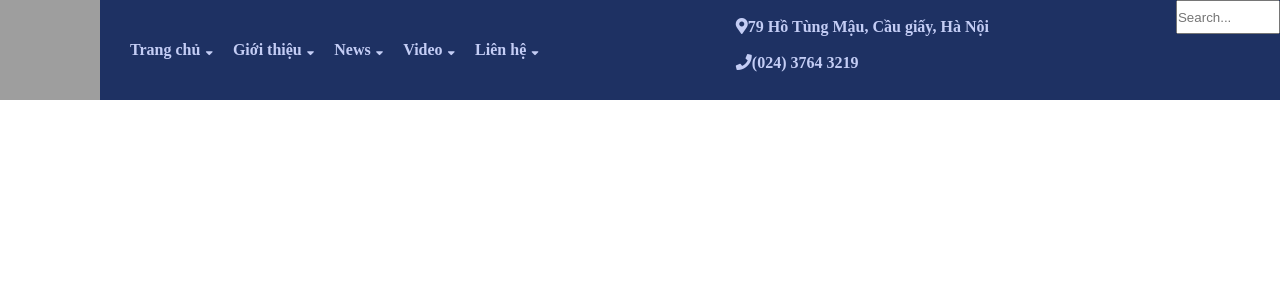
Repository: Luong-tung/newtopics
Page: index2.html
An editor plug-in stored every save of this project. The page is shown before and after the next save, followed by the edit.
The browser window is 1280 px wide. The pictures show the whole page.
Pictures or frames that could not be fetched are drawn as grey boxes. Some web libraries are served in a nearby version.

Above is the page before, as saved 2021-10-07 18:28:49.

After the next save:
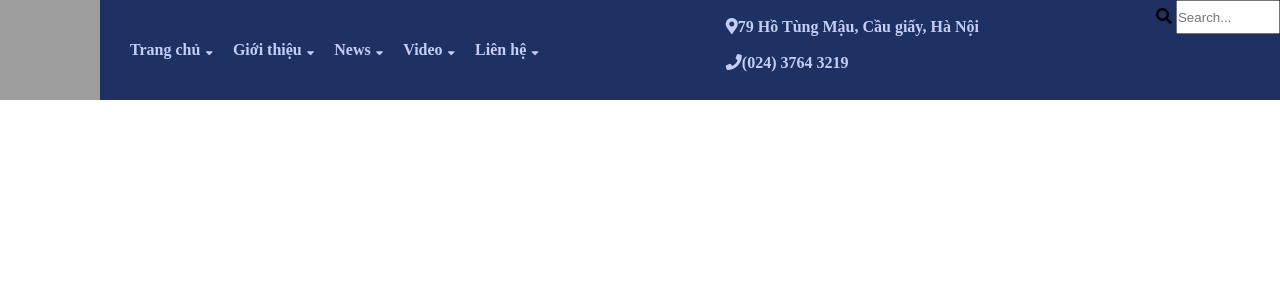
Saved 95 s later.
--- a/index2.html
+++ b/index2.html
@@ -30,6 +30,7 @@
         </div>
         <div class="search">
             <form>
+                <i class="fas fa-search"></i>
                 <input type="text" name="Search" placeholder="Search...">
             </form>
         </div>
